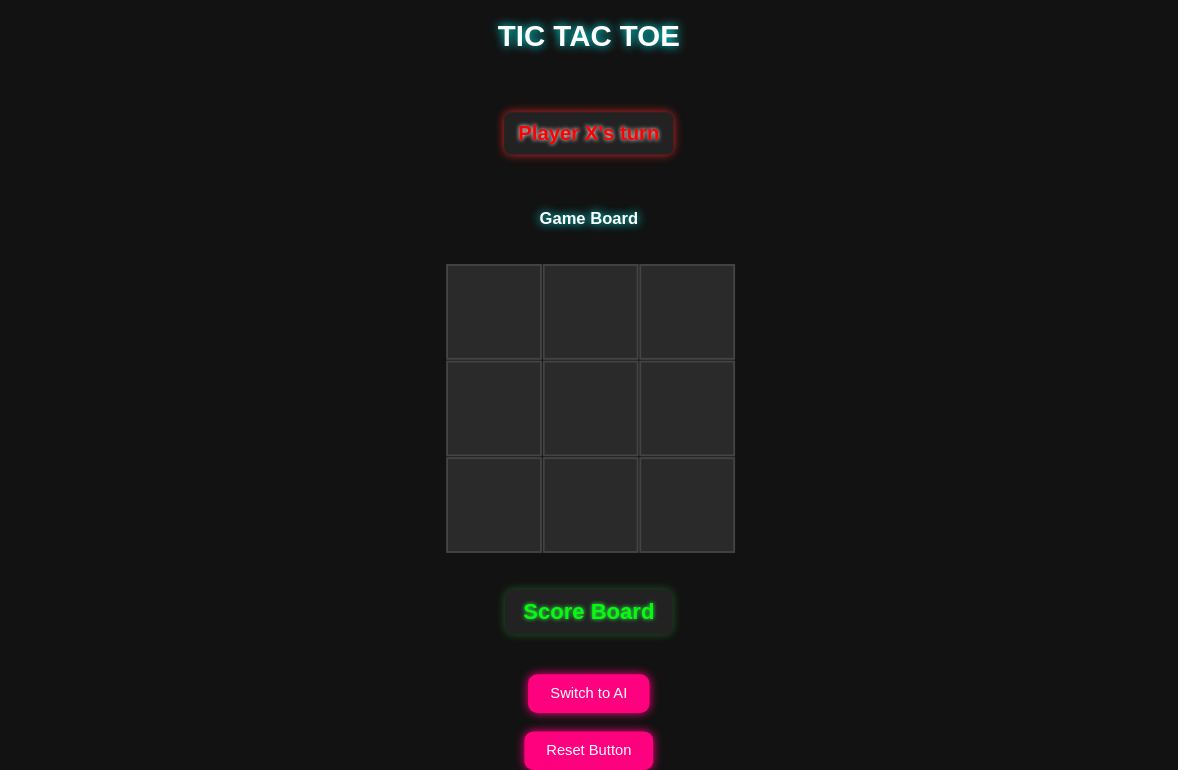
Repository: Yash19075/TicTacToe-game
Page: TicTacToe.html
The author's editor kept a copy of each file at every save. The page is drawn from the files as they stood at one save, then again after the next save.
The browser window is 1280 px wide. The pictures show the whole page, at 92% of full size.

Above is the page before, as saved 2025-03-09 11:19:47.

After the next save:
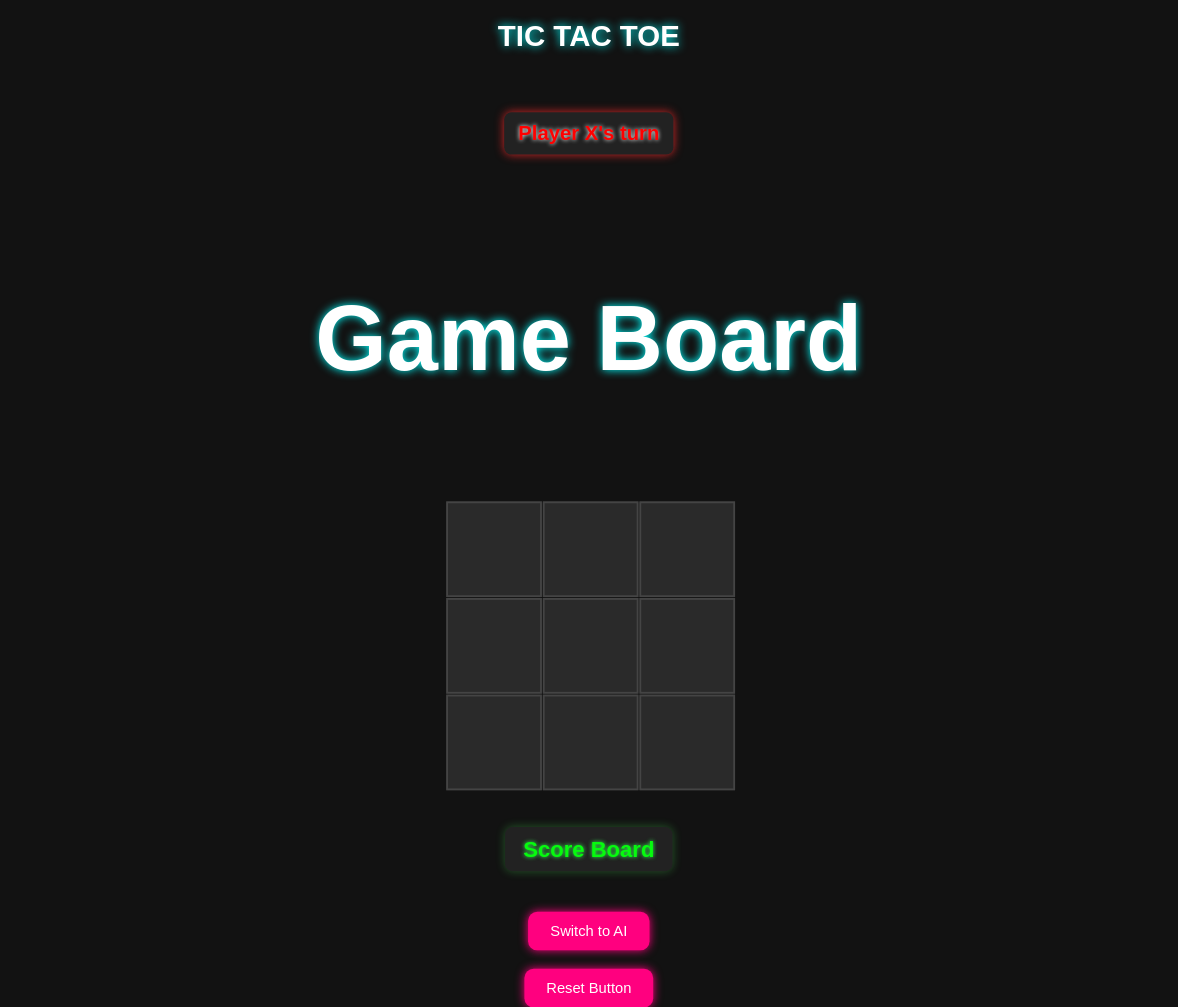
Saved 10 s later.
--- a/TicTacToe.css
+++ b/TicTacToe.css
@@ -95,5 +95,5 @@ h1 {
     font-weight: bold;
     color: white;
     text-shadow: 0 0 10px #00ffff;
-    font-size: large;
+    font-size: 100px;
 }
